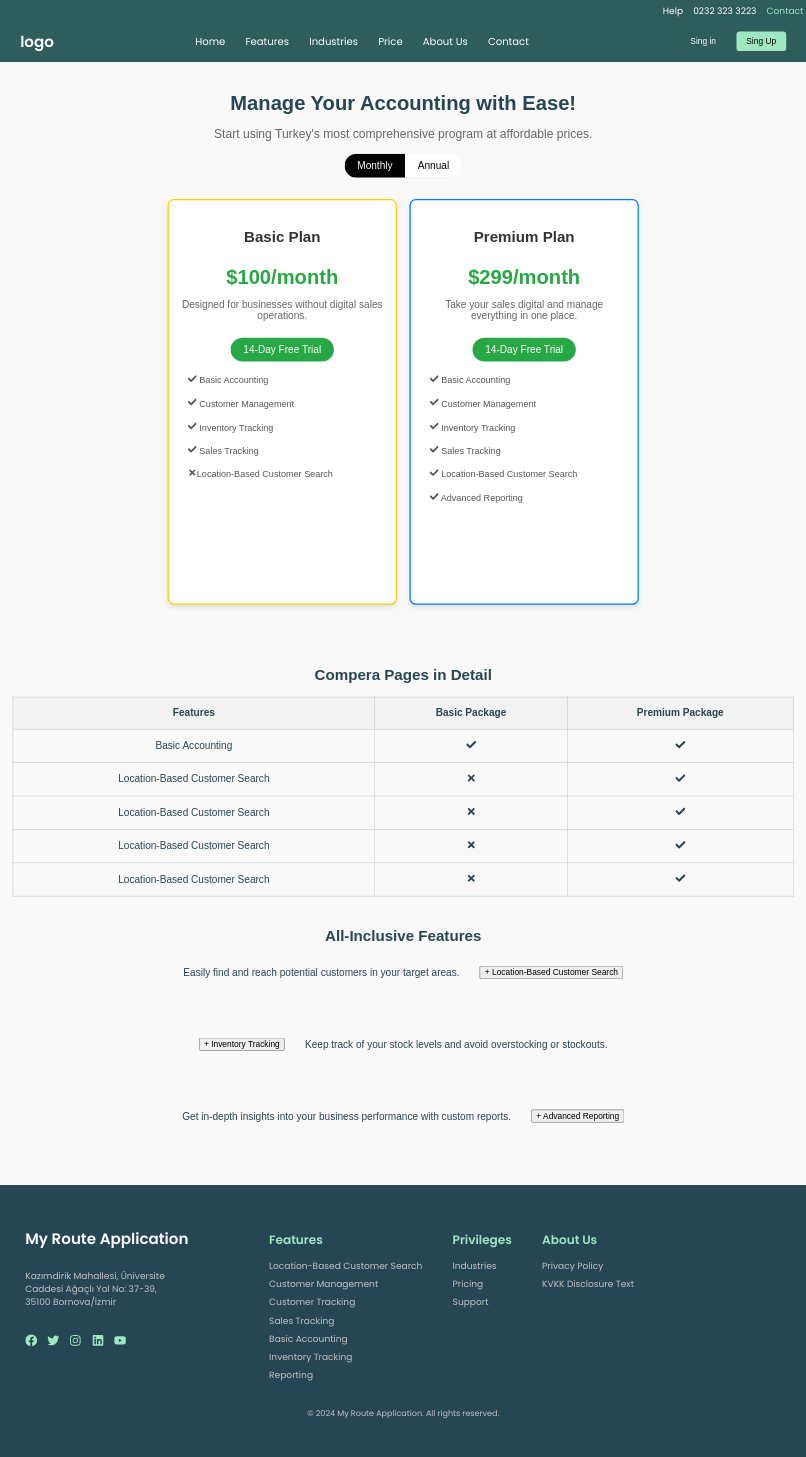
Repository: senolinanyasar/myrouteapplication
Page: /pricing
These files come from the project's save history. The page is drawn as it stood at one moment and after the next save; the edit follows.
The browser window is 1280 px wide. The pictures show the whole page, at 63% of full size.
The project was rebuilt for these pictures with package versions that can differ from the ones it lists, and the page was loaded fresh each time. Also part of the build but not shown: vite.config.js, src/components/HeroSection.css, src/components/HeroSection.js, src/components/FeaturesSection.js, src/components/PricingSection.css, src/components/PricingSection.js, src/components/SupportSection.css, src/components/SupportSection.js and 3 more.

Above is the page before, as saved 2024-11-16 21:45:55.

### src/index.css
@import url('https://fonts.googleapis.com/css2?family=Poppins:wght@400;600&display=swap');

body {
  font-family: 'Poppins', sans-serif;
  color: #264653;
  background-color: #f1faee;
  margin: 0;
  padding: 0;
  box-sizing: border-box;
}

code {
  font-family: source-code-pro, Menlo, Monaco, Consolas, 'Courier New',
    monospace;
}

### src/App.js
import React from 'react';
import { BrowserRouter as Router, Route, Routes } from 'react-router-dom';
import Header from './components/Header';
import HomePage from './components/HomePage';
import PricingPage from './components/PricingPage';
import TopBar from './components/TopBar';
import Footer from './components/Footer';


function App() {
  return (
    <Router>
      <TopBar/>
      <Header />
      <Routes>
        <Route path='/' element={<HomePage />} />
        <Route path='/pricing' element={<PricingPage />} />

      </Routes>
      <Footer/>
    </Router>

  );
}

export default App;

### src/components/Header.js
// Header.js
import React from 'react';
import './Header.css';
import { Link } from 'react-router-dom';

const Header = () => {
    return (
        <header className="header">
            <div className="header-logo">logo</div>
            <nav className="header-nav">

                    <Link to="/">Home</Link>
                    <Link to="/features">Features</Link>
                    <Link to="/industries">Industries</Link>
                    <Link to="/pricing">Price</Link>
                    <Link to="/aboutus">About Us</Link>
                    <Link to="/contact">Contact</Link>



            </nav>
            <div className="header-buttons">
                <button className="login-button">Sing in</button>
                <button className="register-button">Sing Up</button>
            </div>
        </header>
    );
};


export default Header;

### src/components/PricingPage.js
// PricingPage.js

import React, { useState } from "react";
import './PricingPage.css';
import { FaCheck, FaTimes } from "react-icons/fa";


const PricingPage = () => {
    const [isAnnual, setIsAnnual] = useState(false);

    return (
        <section className="pricing-page">
            <div className="pricing-header">
                <h1>Manage Your Accounting with Ease!</h1>
                <p>Start using Turkey's most comprehensive program at affordable prices.</p>
                <div className="toggle-buttons">
                    <button
                        className={`toggle-btn ${!isAnnual ? "active" : ""}`}
                        onClick={() => setIsAnnual(false)}
                    >
                        Monthly
                    </button>
                    <button
                        className={`toggle-btn ${isAnnual ? "active" : ""}`}
                        onClick={() => setIsAnnual(true)}
                    >
                        Annual
                    </button>
                </div>
            </div>
            <div className="pricing-plans">
                <div className="plan basic-plan">
                    <h3>Basic Plan</h3>
                    <p className="price">
                        {isAnnual ? "$1,000/year" : "$100/month"}
                    </p>
                    <p className="subtext">
                        Designed for businesses without digital sales operations.
                    </p>
                    <button className="try-button">14-Day Free Trial</button>
                    <ul>
                        <li><FaCheck /> Basic Accounting</li>
                        <li><FaCheck /> Customer Management</li>
                        <li><FaCheck /> Inventory Tracking</li>
                        <li><FaCheck /> Sales Tracking</li>
                        <li><FaTimes className="not-included" />Location-Based Customer Search</li>
                    </ul>
                </div>
                <div className="plan premium-plan">
                    <h3>Premium Plan</h3>
                    <p className="price">
                        {isAnnual ? "$3,000/year" : "$299/month"}
                    </p>
                    <p className="subtext">
                        Take your sales digital and manage everything in one place.
                    </p>
                    <button className="try-button">14-Day Free Trial</button>

                    <ul>
                        <li><FaCheck /> Basic Accounting</li>
                        <li><FaCheck /> Customer Management</li>
                        <li><FaCheck /> Inventory Tracking</li>
                        <li><FaCheck /> Sales Tracking</li>
                        <li><FaCheck /> Location-Based Customer Search</li>
                        <li><FaCheck /> Advanced Reporting</li>
                    </ul>
                </div>
            </div>


            <div className="comparison-table">
                <h2>Compera Pages in Detail</h2>
                <table>
                    <thead>
                        <tr>
                            <th>Features</th>
                            <th>Basic Package</th>
                            <th>Premium Package</th>
                        </tr>
                    </thead>
                    <tbody>
                        <tr>
                            <td>Basic Accounting</td>
                            <td><FaCheck /></td>
                            <td><FaCheck /></td>
                        </tr>
                        <tr>
                            <td>Location-Based Customer Search</td>
                            <td><FaTimes className="not-included" /></td>
                            <td><FaCheck /></td>
                        </tr>
                        <tr>
                            <td>Location-Based Customer Search</td>
                            <td><FaTimes className="not-included" /></td>
                            <td><FaCheck /></td>
                        </tr>
                        <tr>
                            <td>Location-Based Customer Search</td>
                            <td><FaTimes className="not-included" /></td>
                            <td><FaCheck /></td>
                        </tr>
                        <tr>
                            <td>Location-Based Customer Search</td>
                            <td><FaTimes className="not-included" /></td>
                            <td><FaCheck /></td>
                        </tr>
                    </tbody>
                </table>
            </div>

            <div className="features-expand">
                <h2> All-Inclusive Features</h2>
                <div className="feature">
                    <button className="feature-toggle">+ Location-Based Customer Search</button>
                    <p className="feature-description">Easily find and reach potential customers in your target areas.</p>
                </div>
                <div className="feature">
                    <button className="feature-toggle">+  Inventory Tracking</button>
                    <p className="feature-description">Keep track of your stock levels and avoid overstocking or stockouts.</p>
                </div>
                <div className="feature">
                    <button className="feature-toggle">+ Advanced Reporting</button>
                    <p className="feature-description">Get in-depth insights into your business performance with custom reports.</p>
                </div>
            </div>
        </section>
    );

};

export default PricingPage;

### src/components/TopBar.js
// TopBar.js
import React from 'react';
import './TopBar.css';

const TopBar = () => {
    return (
        <div className="top-bar">
            <div className="top-bar-content">
                <span>Help</span>
                <span>0232 323 3223</span>
                <a href="#contact">Contact</a>
            </div>
        </div>
    );
};

export default TopBar;

### src/components/Footer.js
// Footer.js

import React from 'react';
import './Footer.css';
import { FaFacebook, FaInstagram, FaLinkedin, FaTwitter, FaYoutube } from 'react-icons/fa';

const Footer = () => {
    return (
        <footer className="footer">
            <div className='footer-content'>
                <div className='footer-left'>
                    <div className='footer-logo'>
                        <h2>My Route Application</h2>
                    </div>
                    <p>Kazımdirik Mahallesi, Üniversite <br />Caddesi Ağaçlı Yol No: 37-39, <br />35100 Bornova/İzmir</p>
                    <div className='social-icons'>
                        <FaFacebook />
                        <FaTwitter />
                        <FaInstagram />
                        <FaLinkedin />
                        <FaYoutube />
                    </div>
                </div>

                <div className="footer-right">
                <br/><br/><br/><br/>
                    <div className='footer-section'>
                        <h4>Features</h4>
                        <ul>
                            <li>Location-Based Customer Search</li>
                            <li>Customer Management</li>
                            <li>Customer Tracking</li>
                            <li>Sales Tracking</li>
                            <li>Basic Accounting</li>
                            <li>Inventory Tracking</li>
                            <li>Reporting</li>
                        </ul>
                    </div>

                    <div className="footer-section">
                        <h4>Privileges</h4>
                        <ul>
                            <li>Industries</li>
                            <li>Pricing</li>
                            <li>Support</li>
                        </ul>
                    </div>

                    <div className="footer-section">
                        <h4>About Us</h4>
                        <ul>
                            <li>Privacy Policy</li>
                            <li>KVKK Disclosure Text</li>
                        </ul>
                    </div>
                </div>
            </div>

            <div className="footer-bottom">
                <p>&copy; 2024 My Route Application. All rights reserved.</p>
            </div>
        </footer>
    );
};

export default Footer;

### src/components/Header.css
/* Header.css */
.header{
    display: flex;
    justify-content: space-between;
    align-items: center;
    padding: 1rem 2rem;
    background-color: #2f5d5b;
    color: white;
    margin-top: 2rem;
    position: sticky;
    top: 2rem;
    z-index: 999;
}


.header-logo {
    font-size: 1.5rem;
    font-weight: bold;
}
.header-nav a{
    margin: 0 1rem;
    color: white;
    text-decoration: none;
}
.header-nav a:hover {
    color: #e9c46a;
  }

.header-buttons button{
    margin-left: 1rem;
    padding: 0.5rem 1rem;
    border: none;
    border-radius: 5px;
}

.login-button{
    background-color: #2f5d5b;
    color: white;
}

.register-button{
    background-color: #9fe7c0;
    color: black;
}

### src/components/PricingPage.css
/* PricingPage.css */

.pricing-page{
    font-family: "Arial",sans-serif;
    padding: 20px;
    text-align: center;
    background-color: #f9f9f9;
    text-align: center;
}

.pricing-header{
    text-align: center;
    margin-bottom: 30px;
}
.pricing-header h1{
    font-size: 2rem;
    font-weight: bold;
    margin-bottom: 10px;
}

.pricing-header p{
    margin-bottom: 20px;
    color: #666;
    font-size: 1.2rem;
}

.toggle-buttons{
    display: inline-block;
    background-color: #e9e9e9;
    border-radius: 20px;
    overflow: hidden;
}

.toggle-btn{
    padding: 10px 20px;
   font-size: 1rem;
    cursor: pointer;
    color: #000;
    border: none;
    background:  #fff;
    transition: all 0.3s;
}
.toggle-buttons .active{
    background-color: #000;
    color: #fff;
}

.pricing-plans{
    display: flex;
    justify-content: center;
    gap: 20px;
    margin-top: 30px;
    align-items: center;

}

.plan {
    background: #fff;
    border: 1px solid #ddd;
    border-radius: 10px;
    padding: 20px;
    width: 320px;
    height: 600px;
    margin-bottom: 50px;
    text-align: center;
    transition: transform 0.3s ease;
    box-shadow: 0px 4px 8px rgba(0, 0, 0, 0.1);
}

.plan:hover{
    transform: scale(1.05);
}
.plan h3{
    font-size: 1.5rem;
    color: #333;
    margin-bottom: 10px;
}

.plan .price{
    font-size: 2rem;
    font-weight: bold;
    color: #28a745;
    margin-bottom: 10px;
}

.plan .subtext{
    font-size: 1rem;
    color: #666;
    margin-bottom: 15px;
}



.plan ul{
    list-style: none;
    padding: 0;
    margin-top: 20px;
}

.plan ul li{
    color: #555;
    font-size: 0.9rem;
    margin-bottom: 20px;
    margin-left: 10px;
    text-align: left;
}

.try-button{
    background: #28a745;
    color: #fff;
    padding: 10px 20px;
    border: none;
    border-radius: 20px;
    cursor: pointer;
    font-size: 1rem;
    margin-top: 10px;
    transition: transform 0.3s ease;
}

.try-button:hover{
    background: #218838;
}
.basic-plan{
    border: 2px solid #ffcc00;
}
.premium-plan{
    border: 2px solid #007bff;
}
.comparison-table{
    margin-top: 3rem;
    text-align: center;
}

.comparison-table table{

    width: 100%;
    border-collapse: collapse;
}

.comparison-table th,
.comparison-table td{
    padding: 1rem;
    border: 1px solid #ccc
}

.comparison-table th{
    background-color: #f2f2f2;
}

.comparison-table td{
    text-align: center;
}

.features-expand{
    margin-top: 3rem;
}

.feture{
    margin-top: 1rem;
}


.feture-toggle{
    background: none;
    border: none;
    font-size: 1rem;
    font-weight: bold;
    color: #2a9d8f;
    cursor: pointer;
    display: block;
    text-align: left;
    padding: 0.5rem;
}

.feture-description{
    display: none;
    color: #6d6d6d;
    font-size: 0.9rem;
    margin-top: 0.5rem;
}

.feture-toggle:focus + .feture-description,
.feture-toggle:hover + .feture-description{
    display: block;
}

### src/components/TopBar.css
/* TopBar.css */

.top-bar {
    background-color: #2f5d5b;
    color: white;
    padding: 0.5rem;
    font-size: 0.9rem;
    display: flex;
    justify-content: center;
    position: fixed;
    top: 0;
    width: 99%;
    z-index: 1000;
}
.top-bar-content {
    display: flex;
    gap: 1rem;
    align-items: center;
    justify-content: flex-end;
    width: 100%;
}

.top-bar-content span{
    color: #ffffff;
}
.top-bar-content a{
    color: #9fe7c0;
    text-decoration: none;
    transition: color 0.3s;
}

.top-bar-content a:hover{
    color: #c3f2d0;
}

### src/components/Footer.css
/* Footer.css */

.footer {
    background-color: #264653;
    color: #ffffff;
    padding: 3rem 2rem;
}
.footer-content{
    display: flex;
    max-width: 1200px;
    justify-content: space-around;
    margin: 0 auto;
}

.footerleft{
    flex: 1;
    max-width: 300px;
}

.footer-logo h2{
    font-size: 1.5rem;
    color: #ffffff;
    margin-bottom: 2rem;
}


.footer-left p{
    color: #c3c3c3;
    font-size: 0.9rem;
    margin-bottom: 2.5rem;
}

.social-icons{
    display: flex;
    gap: 1rem;
    font-size: 1.2rem;
}


.social-icons svg{
    color: #9fe7c0;
    cursor: pointer;
    transition: color 0.3s ease;
}
.social-icons svg:hover {
    color: #c3f2d0;
}

.footer-right{
    display: flex;
    gap: 3rem;
    flex: 2;
    margin-left: 5rem;
}

.footer-section{
    text-align: left;
}
.footer-section h4{
    font-size: 1.2rem;
    color: #9fe7c0;
    margin-bottom: 1rem;
}
.footer-section ul{
    list-style: none;
    padding: 0;
    margin: 0;

}

.footer-section ul li{
    font-size: 0.9rem;
    margin-bottom: 0.5rem;
    color: #c3c3c3;
    cursor: pointer;
    transition: color 0.3s ease;
}

.footer-sectionul li:hover{
    color: #ffffff;
}

.footer-bottom{
    text-align: center;
    font-size: 0.8rem;
    color: #c3c3c3;
    margin-top: 2rem;
}

### src/components/FeaturesSection.css
/* FeaturesSection.css */
.features-section {
    padding: 4rem 2rem;
    text-align: center;
}

.features-title {
    font-size: 2rem;
    font-weight: 600;
    color: #264653;
    margin-bottom: 3rem;
    line-height: 1.2;
}



.feature {
    display: flex;
    align-items: center;
    justify-content: center;
    gap: 2rem;
    margin-bottom: 4rem;
    flex-direction: row;
}

.feature:nth-child(even) {
    flex-direction: row-reverse;
}

.feature-text {
    flex: 1;
    max-width: 500px;
    text-align: left;
}

.features h3 {
    font-size: 1.8rem;
    font-weight: 600;
    color: #264653;
    margin-bottom: 1rem;
}

.feature-text p {
    font-size: 1.1rem;
    color: #6d6d6d;
    margin-bottom: 1.5rem;
}

.cta-button {
    padding: 0.8rem 1.5rem;
    font-size: 1rem;
    color: #2f5d5b;
    background-color: #9fe7c0;
    border: none;
    border-radius: 5px;
    cursor: pointer;
    transition: background-color 0.3s ease;
    text-align: center;
}

.cta-button:hover {
    background-color: #c3f2d0;
}

.feature-image {
    flex: 1;
    max-width: 400px;
    height: auto;
}

.feature-image img {
    width: 100%;
    height: auto;
    object-fit: cover;
    border-radius: 10px;
}

Loaded but not shown: public/index.html (common file); src/index.js (common file); src/reportWebVitals.js (common file)

After the next save:
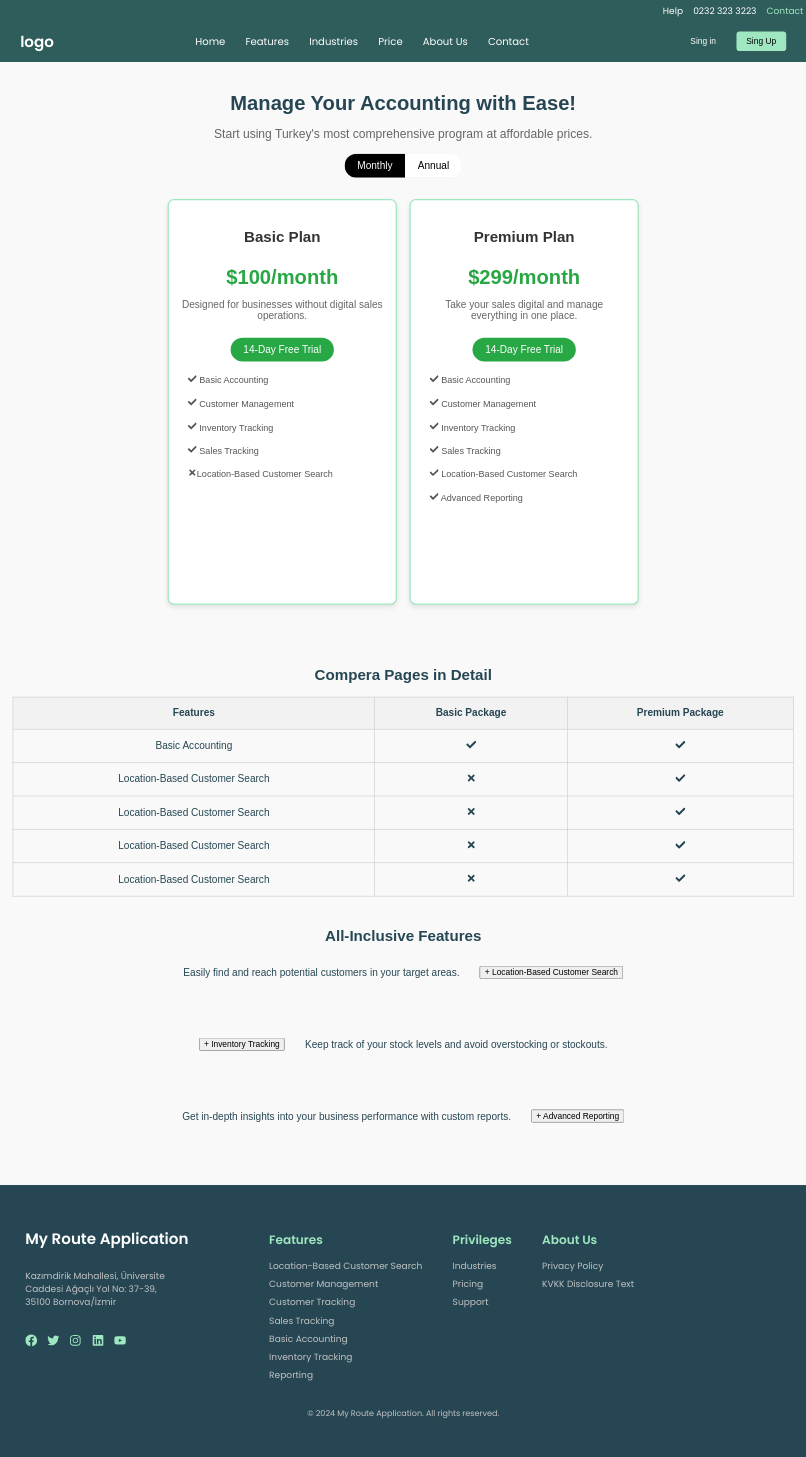
Saved 7 min 15 s later.
--- a/src/components/PricingPage.css
+++ b/src/components/PricingPage.css
@@ -121,10 +121,10 @@
     background: #218838;
 }
 .basic-plan{
-    border: 2px solid #ffcc00;
+    border: 2px solid #9fe7c0;
 }
 .premium-plan{
-    border: 2px solid #007bff;
+    border: 2px solid #9fe7c0;
 }
 .comparison-table{
     margin-top: 3rem;
